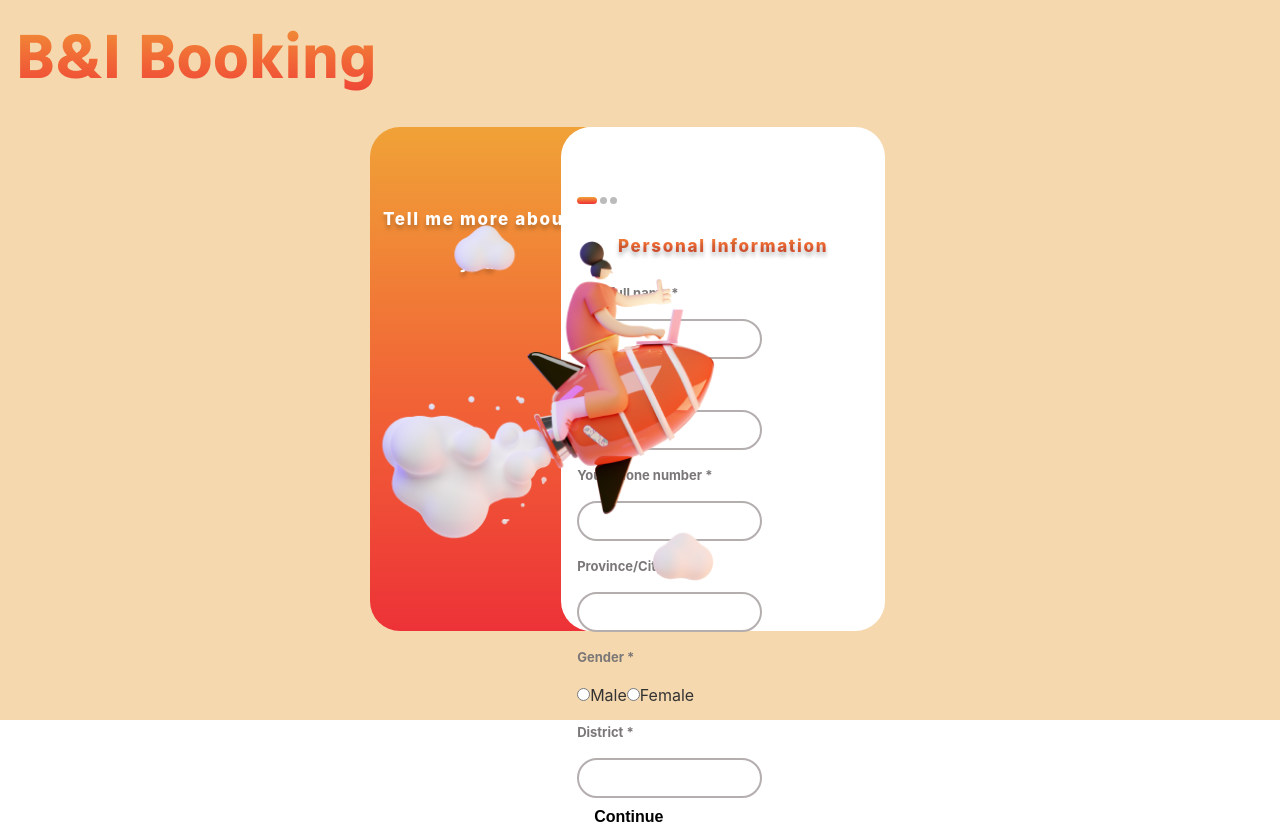
Repository: Grand-Line-PNV/FE-BIBooking
Page: /
These files come from the project's save history. The page is drawn as it stood at one moment and after the next save; the edit follows.
The browser window is 1280 px wide. The pictures show the whole page.
The project was rebuilt for these pictures with package versions that can differ from the ones it lists, and the page was loaded fresh each time. Also part of the build but not shown: src/App.css.

Above is the page before, as saved 2023-02-06 11:10:49.

### public/index.html
<!DOCTYPE html>
<html lang="en">

<head>
  <meta charset="utf-8" />
  <link rel="icon" href="%PUBLIC_URL%/logoBIBooking.png" />
  <meta name="viewport" content="width=device-width, initial-scale=1" />
  <meta name="theme-color" content="#000000" />
  <meta name="description" content="Web site created using create-react-app" />
  <link rel="apple-touch-icon" href="%PUBLIC_URL%/logoBIBooking.png" />
  <!--
      manifest.json provides metadata used when your web app is installed on a
      user's mobile device or desktop. See https://developers.google.com/web/fundamentals/web-app-manifest/
    -->
  <link rel="manifest" href="%PUBLIC_URL%/manifest.json" />
  <!--
      Notice the use of %PUBLIC_URL% in the tags above.
      It will be replaced with the URL of the `public` folder during the build.
      Only files inside the `public` folder can be referenced from the HTML.

      Unlike "/favicon.ico" or "favicon.ico", "%PUBLIC_URL%/favicon.ico" will
      work correctly both with client-side routing and a non-root public URL.
      Learn how to configure a non-root public URL by running `npm run build`.
    -->
  <title>B&IBooking</title>
</head>

<body>
  <noscript>You need to enable JavaScript to run this app.</noscript>
  <div id="root"></div>
  <!--
      This HTML file is a template.
      If you open it directly in the browser, you will see an empty page.

      You can add webfonts, meta tags, or analytics to this file.
      The build step will place the bundled scripts into the <body> tag.

      To begin the development, run `npm start` or `yarn start`.
      To create a production bundle, use `npm run build` or `yarn build`.
    -->
</body>

</html>

### src/App.js
import "./App.css";
import { Provider } from "react-redux";
import store from "./redux";
import { faChevronLeft } from "@fortawesome/free-solid-svg-icons";
import { FontAwesomeIcon } from "@fortawesome/react-fontawesome";
import classNames from "classnames/bind";
import Button from "./components/Button/Button";
import PersonalInformation from "../src/view/pages/Influencers/PersonalInformation/index";

const cx = classNames.bind();

function App() {
  return (
    <Provider store={store}>
      <PersonalInformation />
    </Provider>
  );
}

export default App;

### src/styles/GlobalStyles.js
import "./GlobalStyles.scss";

function GlobalStyles({ children }) {
  return children;
}
export default GlobalStyles;

### src/redux/index.js
import { configureStore } from "@reduxjs/toolkit";

const store = configureStore({
	reducer: {
	},
});

export default store;

### src/components/Button/Button.js
import classNames from "classnames/bind"
import { Link } from "react-router-dom";
import styles from './Button.module.scss'

const cx = classNames.bind(styles)

function Button({
    children,
    small=false,
    large=false,
    primary = false,
    outline = false,
    rounded= false,
    text = false,
    disabled = false,
    to, href,className,leftIcon,rightIcon, onClick, ...passProps}) {
    let Comp = 'button';
    const props = {
        onClick,
        ...passProps
    }
    //Remove event listener when btn is disabled

    if(disabled) {
        Object.keys(props).forEach(key =>{
            if(key.startsWith('on') && typeof props[key] === 'function'){
                delete props[key];
            }
        })
    }
    if(to){
        props.to = to
        Comp = Link
    }else if(href){
        props.href = href
        Comp = 'a'
    }
    const classes = cx('wrapper',{
        [className]:className,
        primary,
        outline,
        rounded,
        small,
        large,
        text,
        disabled
    })
    return (
        <Comp className={classes} {...props}>
            {leftIcon && <span className={cx('icon')}>{leftIcon}</span>}
            <span className={cx('title')}>{children}</span>
            {rightIcon && <span className={cx('icon')}>{rightIcon}</span>}

        </Comp>
    )
}

export default Button;

### src/view/pages/Influencers/PersonalInformation/index.js
import React from "react";
import classNames from "classnames/bind";
import styles from "./PersonalInformation.module.scss";
import { Logo, Saly1 } from "../../../../assets/images";
import Button from "../../../../components/Button/Button";

const cx = classNames.bind(styles);

export default function PersonalInformation() {
  return (
    <>
      <div>
        <div className={cx("personalInfor")}>
          <img
            style={{ objectFit: "cover", padding: "30px 20px" }}
            src={Logo}
            alt="LogoB&IBooking"
          />
          <div className={cx("container")}>
            <div className={cx("personalInfor-container")}>
              <div className={cx("block-left")}>
                <p className={cx("personalInfor-title")}>
                  Tell me more about you
                </p>
                <img className={cx("saly1-img")} src={Saly1} alt="Saly1" />
              </div>
              <div className={cx("block-right")}>
                <div className={cx("block-container")}>
                  <div className={cx("dots")}>
                    <span className={cx("dot", "active")}></span>
                    <span className={cx("dot")}></span>
                    <span className={cx("dot")}></span>
                  </div>
                  <div className={cx("information")}>
                    <p className={cx("information-title")}>
                      Personal Information
                    </p>
                    <form className={cx("form")}>
                      <div className={cx("form-control-left")}>
                        <div className={cx("form-group")}>
                          <label className={cx("form-label")}>Your full name *</label>
                          <input className={cx("form-input")} type="email" required />
                        </div>
                        <div className={cx("form-group")}>
                          <label className={cx("form-label")}>Your address email *</label>
                          <input className={cx("form-input")} type="email" required />
                        </div>
                        <div className={cx("form-group")}>
                          <label className={cx("form-label")}>Your phone number *</label>
                          <input className={cx("form-input")} type="email" required />
                        </div>
                        <div className={cx("form-group")}>
                          <label className={cx("form-label")}>Province/City *</label>
                          <input className={cx("form-input")} type="email" required />
                        </div>
                      </div>
                      <div className={cx("form-control-right")}>
                        <div className={cx("form-group")}>
                          <label className={cx("form-label")}>Gender *</label>
                          <div className={cx("input-radio")}>
                            <input type="radio" required />
                            <label>Male</label>
                            <input type="radio" required />
                            <label>Female</label>
                          </div>
                        </div>
                        <div className={cx("form-group")}>
                          <label className={cx("form-label")}>District *</label>
                          <input className={cx("form-input")} type="email" required />
                        </div>
                      </div>
                    </form>
                    <Button>Continue</Button>
                  </div>
                </div>
              </div>
            </div>
          </div>
        </div>
      </div>
    </>
  );
}

### src/styles/GlobalStyles.scss
:root{
    --white:  rgba(255, 255, 255, 1.0);
    --primary: #fe2c55;
    --black: #000;
    --text-color: #333;
}
*{
    margin: 0;
    padding: 0;
    box-sizing: border-box;
}
html{
    font-size:62.5%;
}
body{
    text-rendering: optimizeSpeed;
    font-family: 'ProximaNova', sans-serif;
    font-size: 1.6rem;
    line-height: 1.5;
    color: var(--text-color)
}
button, input,[tabindex]{
    outline: none;
    border: none;
}
a[href]{
    color: var(--text-color);
    text-decoration: none
}

### src/components/Button/Button.module.scss
.wrapper{
    display: inline-flex;
    align-items: center;
    justify-content: center;
    font-size: 1.6rem;
    font-weight:700;
    font-family: 'ProximaNova', sans-serif;
    min-width: 100px;
    padding: 9px 16px;
    border-radius: 4px;
    cursor: pointer;
    background-color: var(--white);
    border: 1px solid transparent;
    user-select: none;

    + .wrapper{
        margin-left:8px;
    }
    &.disabled{
        pointer-events: none;
        opacity: 0.6;
    }
}
//Button types
.rounded{
    border-radius:999px;
    border-width: 1px;
    border-style: solid;
    box-shadow: 0 2px 8px rgb(0 0 0 / 6%);
    border-color: rgba(22, 24, 35, 0.12);

    &:hover{
        border-color: rgba(22, 24, 35, 0.2);
        background-color: rgba(22, 24, 35, 0.03);
    }
}

.primary{
    color: var(--white);
    background-color: var(--primary);
    border-color: var(--primary);
    &:hover{
        border-color: var(--primary);
        background: linear-gradient(0deg, rgba(0, 0, 0, 0.06), rgba(0, 0, 0, 0.06)),#FE2C55;
    }
}
.outline{
    color: var(--primary);
    border-color: currentColor;
    &:hover{
        border-color: currentColor;
        background-color: rgba(254, 44, 85, 0.06);
    }
}
.text{
    &:hover{
        text-decoration: underline;
    }
}
//Disabled

// Button sizes
.small{
    min-width: 88px;
    padding: 4px 16px;
}
.large{
    padding: 14px 16px;
    min-width: 140px;
}
.icon + .title, .title + .icon{
    margin-left: 8px;
}
.icon{
    display: inline-block;
    width: 24px;
    text-align: center;
}

### src/view/pages/Influencers/PersonalInformation/PersonalInformation.module.scss
:root {
  // color
  --Wheat-color: #f5d8ae;
  --SonicSilver-color: #7b7777;
  --Linear-orange-color: linear-gradient(
    180deg,
    #f0a237 0%,
    #f16736 50.31%,
    #ed3237 100%
  );
  --Inter-font-family: "Inter", sans-serif;
}
.personalInfor {
  width: 100%;
  height: 100vh;
  background-color: var(--Wheat-color);
  font-family: var(--Inter-font-family);
  & .container {
    width: 65%;
    // height: 50vh;
    // background-color: white;
    margin: 0 auto;
    border-radius: 20px;
    & .personalInfor-container {
      width: 65%;
      margin: 0 auto;
      height: 70vh;
      display: flex;
      position: relative;
      & .block-left {
        width: 40%;
        background: var(--Linear-orange-color);
        text-align: center;
        border-top-left-radius: 30px;
        border-bottom-left-radius: 30px;
        & .personalInfor-title {
          padding-top: 70px;
          font-style: normal;
          font-weight: 800;
          font-size: 17px;
          line-height: 44px;
          letter-spacing: 0.1em;
          color: #ffffff;
          text-shadow: 0px 4px 4px rgba(0, 0, 0, 0.25);
        }
        & .saly1-img {
          width: 42rem;
          object-fit: cover;
          position: absolute;
          z-index: 1;
          bottom: 0;
          left: 0;
          transform: translateX(-75px);
        }
      }
      & .block-right {
        width: 60%;
        background-color: white;
        border-radius: 30px;
        transform: translateX(-25px);
        & .block-container {
          width: 90%;
          height: 65vh;
          margin: 0 auto;
          margin-top: 70px;
          position: relative;
          & .dots {
            display: flex;
            gap: 3px;
            & .dot {
              height: 7px;
              width: 7px;
              background-color: #bbb;
              border-radius: 100rem;
            }
            & .active {
              background: var(--Linear-orange-color);
              width: 20px;
            }
          }
          & .information {
            // position: relative;
            // z-index: 100;
            & .information-title {
              margin-top: 20px;
              background: linear-gradient(
                180deg,
                #f0a237 0%,
                #f16736 50.83%,
                #ed3237 100%
              );
              background-clip: text;
              color: transparent;
              font-style: normal;
              font-weight: 800;
              font-size: 17px;
              line-height: 44px;
              letter-spacing: 0.1em;
              text-shadow: 0px 4px 4px rgba(0, 0, 0, 0.25);
              text-align: center;
            }
            & .form {
            //   display: flex;
              //   background-color: red;
              width: 90%;
              margin: 0 auto;
              display: inline-block;
            //   justify-content: space-between;
              & .form-control-left {
              }
              & .form-group {
                display: flex;
                flex-direction: column;
                & .form-label {
                  color: var(--SonicSilver-color);
                  font-style: normal;
                  font-weight: 700;
                  font-size: 13px;
                  line-height: 51px;
                }
                & .form-input {
                  color: black;
                  background: #ffffff;
                  border: 2px solid #b4aeae;
                  border-radius: 99px;
                  width: 185px;
                  height: 40px;
                  font-weight: 500;
                  font-style: normal;
                  font-size: 13px;
                  //   text-align: center;
                  padding: 13px;
                }
              }
              & .form-control-right{
                position: relative;
                bottom: 0;
              }
            }
          }
        }
      }
    }
  }
}

### src/assets/images/index.js
import Logo from "./LogoB&IBooking.png";
import Saly1 from "./Saly1.png";

export { Logo, Saly1 };

Loaded but not shown: src/index.js (common file); src/index.css (common file); src/reportWebVitals.js (common file)

After the next save:
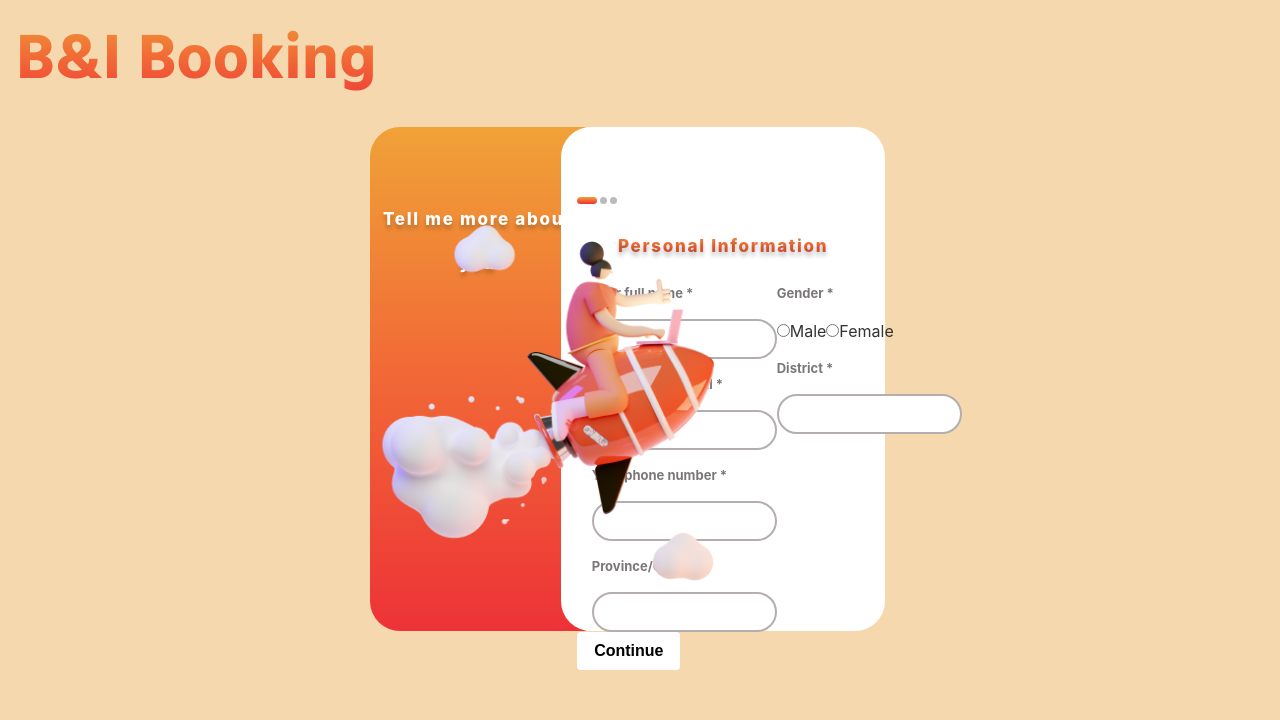
Saved 6 s later.
--- a/src/view/pages/Influencers/PersonalInformation/PersonalInformation.module.scss
+++ b/src/view/pages/Influencers/PersonalInformation/PersonalInformation.module.scss
@@ -100,12 +100,11 @@
               text-align: center;
             }
             & .form {
-            //   display: flex;
+              display: flex;
               //   background-color: red;
               width: 90%;
               margin: 0 auto;
-              display: inline-block;
-            //   justify-content: space-between;
+              justify-content: space-between;
               & .form-control-left {
               }
               & .form-group {
